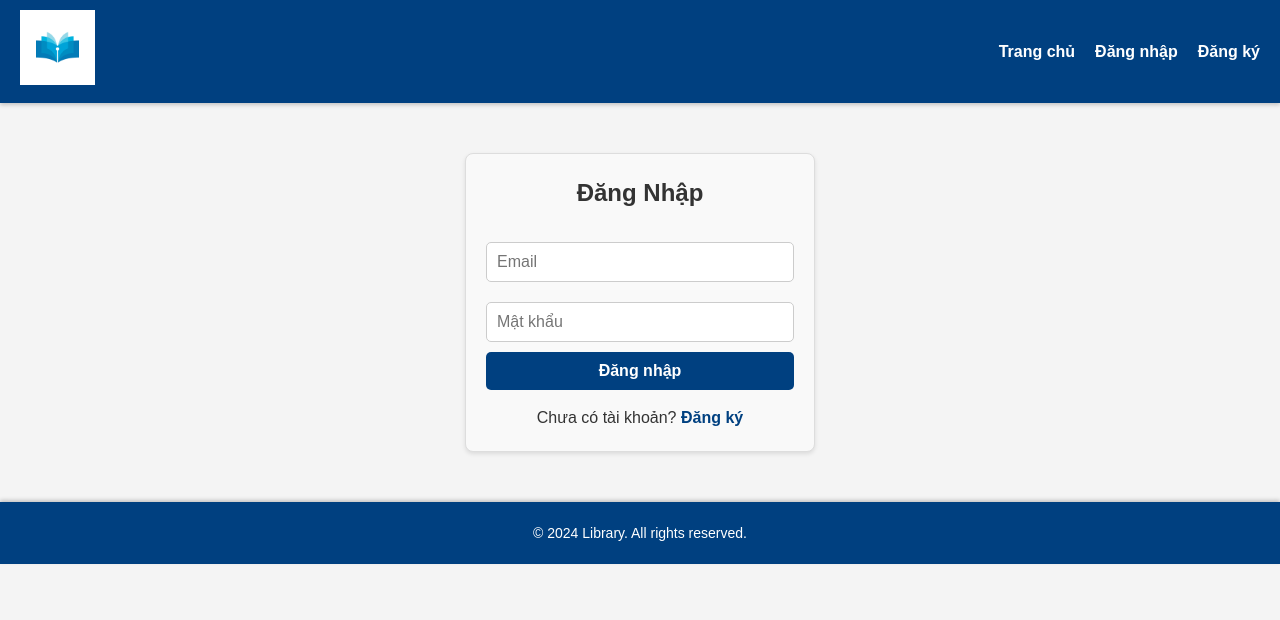
Repository: hoang234176/LapTrinhWeb
Page: http://localhost/Manage_Library/auth/login.jsp
The author's editor kept a copy of each file at every save. The page is drawn from the files as they stood at one save, then again after the next save.
The browser window is 1280 px wide. The pictures show the whole page.
The page is served by Tomcat 10.

Above is the page before, as saved 2024-12-18 09:52:40.

After the next save:
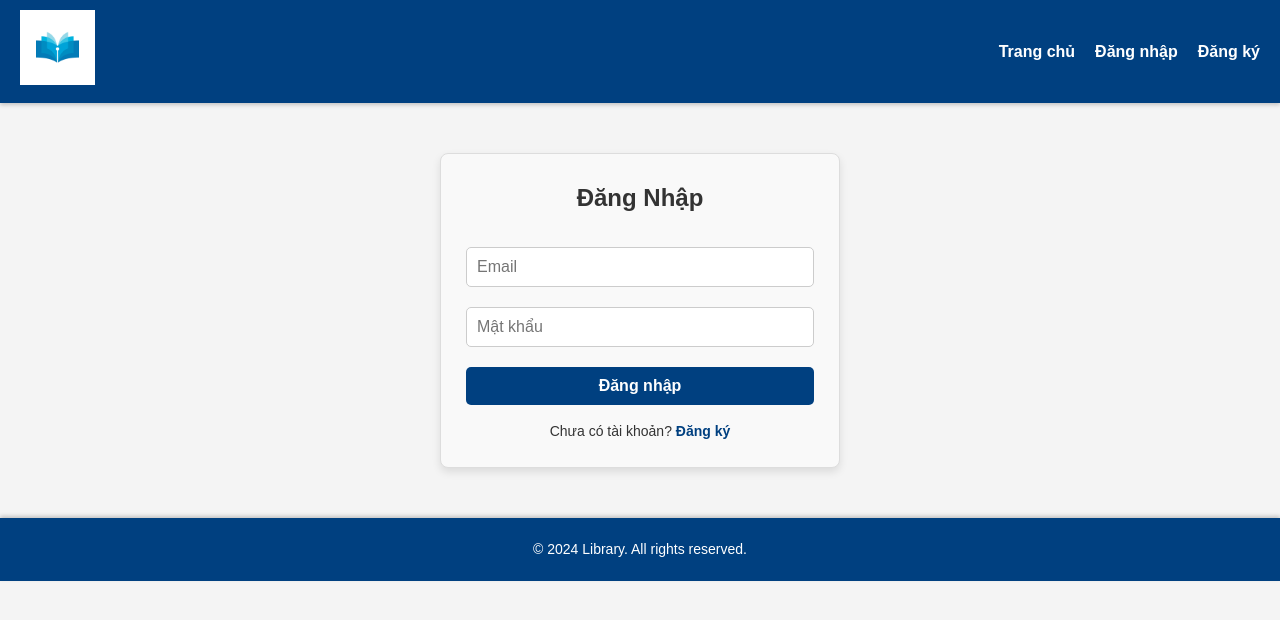
Saved 43 s later.
--- a/Manage_Library/src/main/webapp/assets/css/style.css
+++ b/Manage_Library/src/main/webapp/assets/css/style.css
@@ -88,22 +88,23 @@
 /* Page Login */
 /* Form Login Container */
 .form_login {
-    width: 350px;
-    margin: 50px auto; /* Căn giữa form theo chiều ngang và tạo khoảng cách trên */
-    padding: 20px;
-    background-color: #f9f9f9; /* Màu nền nhẹ */
-    border: 1px solid #ddd; /* Đường viền nhẹ */
-    border-radius: 8px; /* Bo tròn các góc */
-    box-shadow: 0 2px 4px rgba(0, 0, 0, 0.1); /* Đổ bóng nhẹ */
-    text-align: center; /* Căn giữa nội dung trong form */
+    width: 400px;
+    margin: 50px auto;
+    padding: 25px;
+    background-color: #f9f9f9;
+    border: 1px solid #ddd;
+    border-radius: 8px;
+    box-shadow: 0 4px 8px rgba(0, 0, 0, 0.1);
     font-family: Arial, sans-serif;
-}
-
-/* Tiêu đề form */
+    text-align: center;
+}
+
+/* Tiêu đề của form */
 .form_login h2 {
     margin-bottom: 20px;
     color: #333;
     font-size: 24px;
+    font-weight: bold;
 }
 
 /* Input Fields */
@@ -115,12 +116,12 @@
     border: 1px solid #ccc;
     border-radius: 5px;
     font-size: 16px;
-    box-sizing: border-box; /* Không vượt quá chiều rộng container */
+    box-sizing: border-box;
 }
 
 .form_login input:focus {
     outline: none;
-    border-color: #004080; /* Đổi màu viền khi focus */
+    border-color: #004080;
     box-shadow: 0 0 5px rgba(0, 64, 128, 0.5);
 }
 
@@ -128,8 +129,9 @@
 .form_login button {
     width: 100%;
     padding: 10px;
-    background-color: #004080; /* Màu nền xanh đậm */
-    color: #fff; /* Màu chữ trắng */
+    margin-top: 10px;
+    background-color: #004080;
+    color: #fff;
     font-size: 16px;
     font-weight: bold;
     border: none;
@@ -139,36 +141,50 @@
 }
 
 .form_login button:hover {
-    background-color: #003060; /* Màu xanh đậm hơn khi hover */
-}
-
-/* Link dưới form */
+    background-color: #003060;
+}
+
+/* Đoạn văn bản và liên kết dưới form */
 .form_login p {
     margin-top: 15px;
     color: #333;
+    font-size: 14px;
 }
 
 .form_login a {
-    color: #004080; /* Màu xanh cho link */
+    color: #004080;
     text-decoration: none;
     font-weight: bold;
 }
 
 .form_login a:hover {
-    text-decoration: underline; /* Gạch chân khi hover */
-}
-
-/* Thông báo đăng nhập thất bại */
-.form_login login_notify {
+    text-decoration: underline;
+}
+
+/* Thông báo đăng nhập */
+.login_notify {
     margin-bottom: 15px;
     padding: 10px;
-    background-color: #fad9d8;
+    background-color: #ffdddd; /* Màu nền đỏ nhạt cho thông báo lỗi */
+    color: #ff0000; /* Màu chữ đỏ */
+    border: 1px solid #ff0000;
+    border-radius: 5px;
+    font-weight: bold;
+    text-align: center;
+}
+
+.login_notify.success {
+    background-color: #ddffdd; /* Màu nền xanh nhạt cho thông báo thành công */
+    color: #008000; /* Màu chữ xanh */
+    border: 1px solid #008000;
+}
+
+.login_notify.error {
+    background-color: #ffdddd;
     color: #ff0000;
     border: 1px solid #ff0000;
-    border-radius: 5px;
-    font-weight: bold;
-    text-align: center;
-}
+}
+
 
 /* Page Register */
 /* Form Register Container */

After the save that followed:
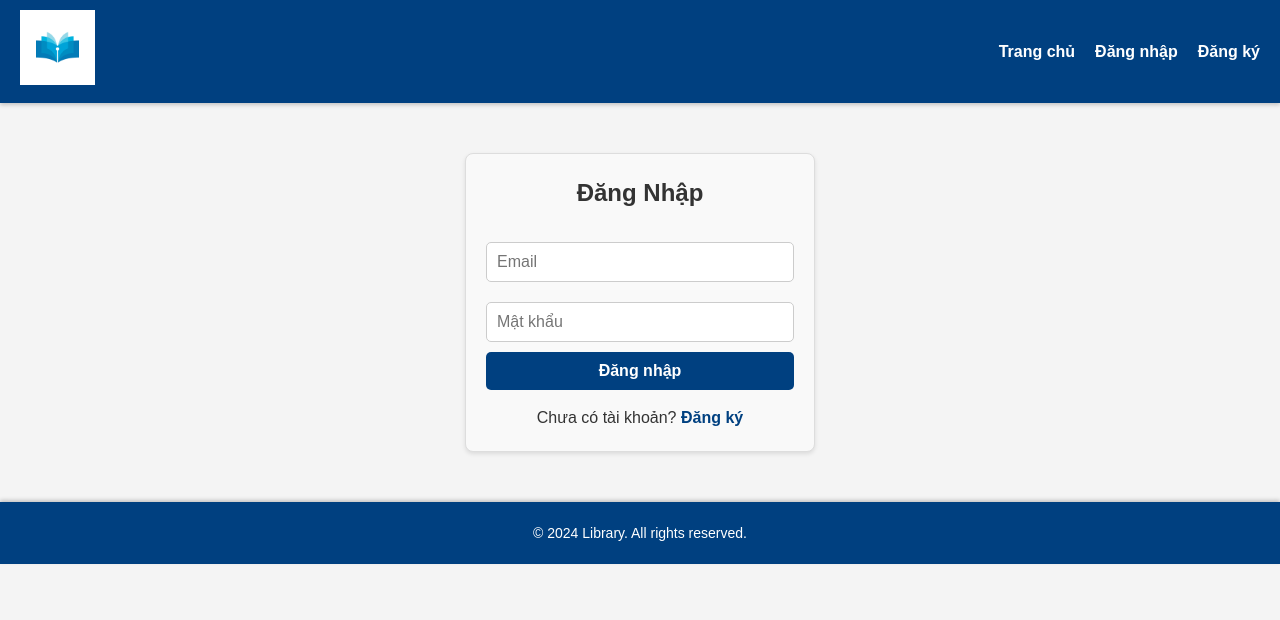
Saved 2 min 5 s later.
--- a/Manage_Library/src/main/webapp/assets/css/style.css
+++ b/Manage_Library/src/main/webapp/assets/css/style.css
@@ -88,23 +88,22 @@
 /* Page Login */
 /* Form Login Container */
 .form_login {
-    width: 400px;
-    margin: 50px auto;
-    padding: 25px;
-    background-color: #f9f9f9;
-    border: 1px solid #ddd;
-    border-radius: 8px;
-    box-shadow: 0 4px 8px rgba(0, 0, 0, 0.1);
+    width: 350px;
+    margin: 50px auto; /* Căn giữa form theo chiều ngang và tạo khoảng cách trên */
+    padding: 20px;
+    background-color: #f9f9f9; /* Màu nền nhẹ */
+    border: 1px solid #ddd; /* Đường viền nhẹ */
+    border-radius: 8px; /* Bo tròn các góc */
+    box-shadow: 0 2px 4px rgba(0, 0, 0, 0.1); /* Đổ bóng nhẹ */
+    text-align: center; /* Căn giữa nội dung trong form */
     font-family: Arial, sans-serif;
-    text-align: center;
-}
-
-/* Tiêu đề của form */
+}
+
+/* Tiêu đề form */
 .form_login h2 {
     margin-bottom: 20px;
     color: #333;
     font-size: 24px;
-    font-weight: bold;
 }
 
 /* Input Fields */
@@ -116,12 +115,12 @@
     border: 1px solid #ccc;
     border-radius: 5px;
     font-size: 16px;
-    box-sizing: border-box;
+    box-sizing: border-box; /* Không vượt quá chiều rộng container */
 }
 
 .form_login input:focus {
     outline: none;
-    border-color: #004080;
+    border-color: #004080; /* Đổi màu viền khi focus */
     box-shadow: 0 0 5px rgba(0, 64, 128, 0.5);
 }
 
@@ -129,9 +128,8 @@
 .form_login button {
     width: 100%;
     padding: 10px;
-    margin-top: 10px;
-    background-color: #004080;
-    color: #fff;
+    background-color: #004080; /* Màu nền xanh đậm */
+    color: #fff; /* Màu chữ trắng */
     font-size: 16px;
     font-weight: bold;
     border: none;
@@ -141,48 +139,35 @@
 }
 
 .form_login button:hover {
-    background-color: #003060;
-}
-
-/* Đoạn văn bản và liên kết dưới form */
+    background-color: #003060; /* Màu xanh đậm hơn khi hover */
+}
+
+/* Link dưới form */
 .form_login p {
     margin-top: 15px;
     color: #333;
-    font-size: 14px;
 }
 
 .form_login a {
-    color: #004080;
+    color: #004080; /* Màu xanh cho link */
     text-decoration: none;
     font-weight: bold;
 }
 
 .form_login a:hover {
-    text-decoration: underline;
-}
-
-/* Thông báo đăng nhập */
+    text-decoration: underline; /* Gạch chân khi hover */
+}
+
+/* Thông báo đăng nhập thất bại */
 .login_notify {
     margin-bottom: 15px;
     padding: 10px;
-    background-color: #ffdddd; /* Màu nền đỏ nhạt cho thông báo lỗi */
+    background-color: #ffdddd; /* Màu nền đỏ nhạt */
     color: #ff0000; /* Màu chữ đỏ */
     border: 1px solid #ff0000;
     border-radius: 5px;
     font-weight: bold;
     text-align: center;
-}
-
-.login_notify.success {
-    background-color: #ddffdd; /* Màu nền xanh nhạt cho thông báo thành công */
-    color: #008000; /* Màu chữ xanh */
-    border: 1px solid #008000;
-}
-
-.login_notify.error {
-    background-color: #ffdddd;
-    color: #ff0000;
-    border: 1px solid #ff0000;
 }
 
 
